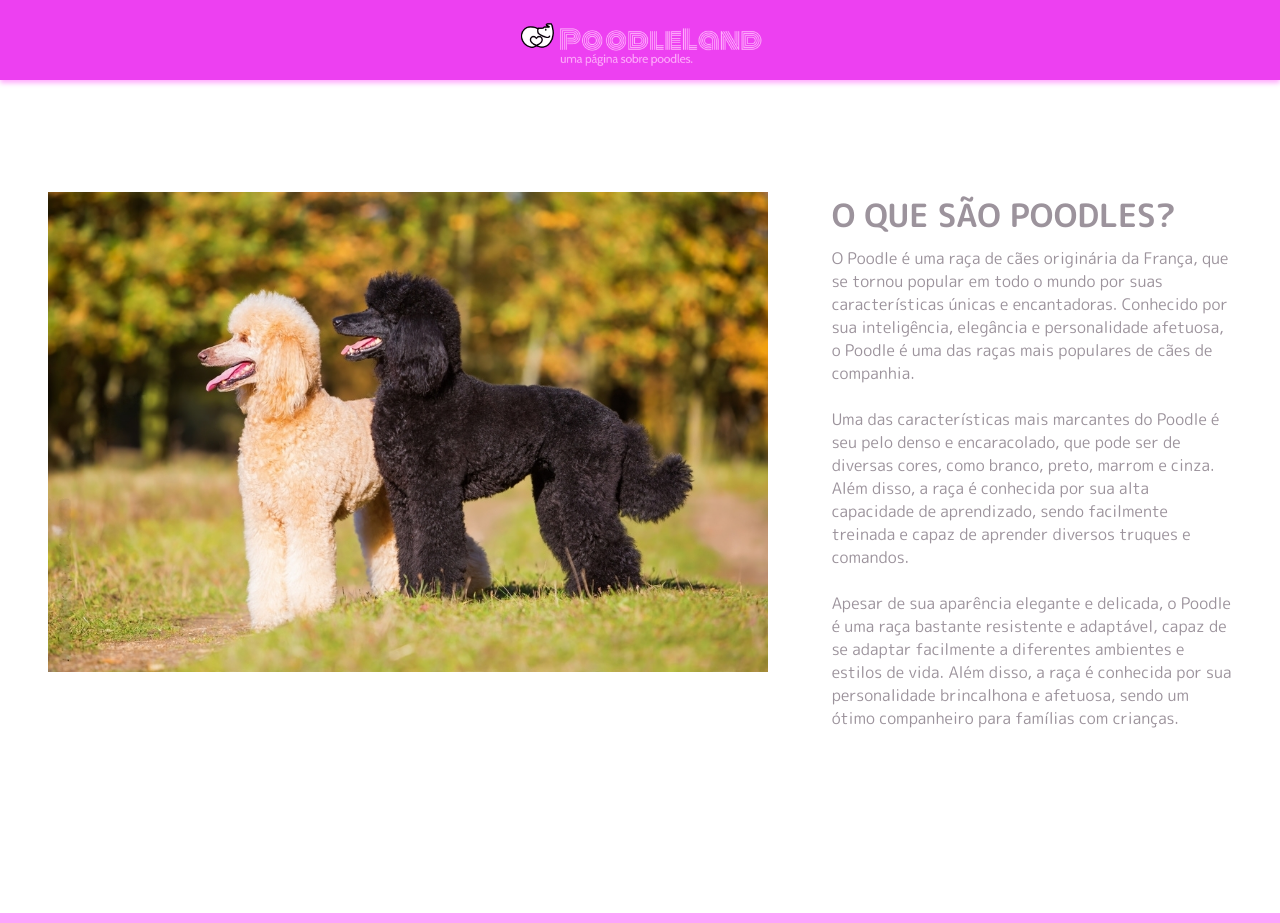
Repository: vinibalt/PoodleLand
Page: poddlelandia.html
The author's editor kept a copy of each file at every save. The page is drawn from the files as they stood at one save, then again after the next save.
The browser window is 1280 px wide. The pictures show the part of the page from y = 0 to 923 px (the page is 1413 px tall).
Pictures or frames that could not be fetched are drawn as grey boxes.

Above is the page before, as saved 2023-05-12 14:44:28.

After the next save:
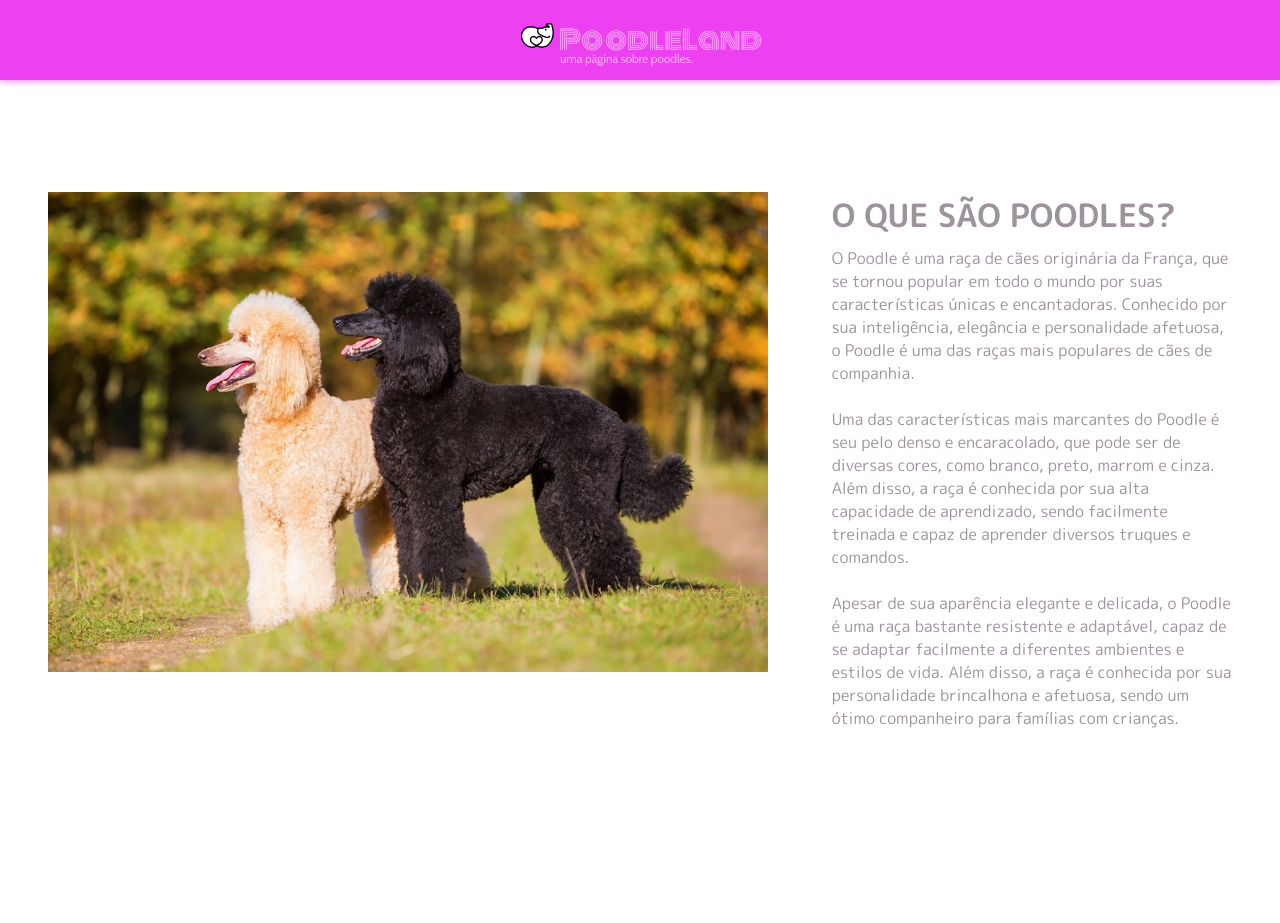
Saved 40 min 19 s later.
--- a/assets/css/styles.css
+++ b/assets/css/styles.css
@@ -60,7 +60,7 @@ body {
 
 .section-carousel {
     height: 500px;
-    background-color: #fba5fb;
+    /* background-color: #fba5fb; */
 
 }
 
